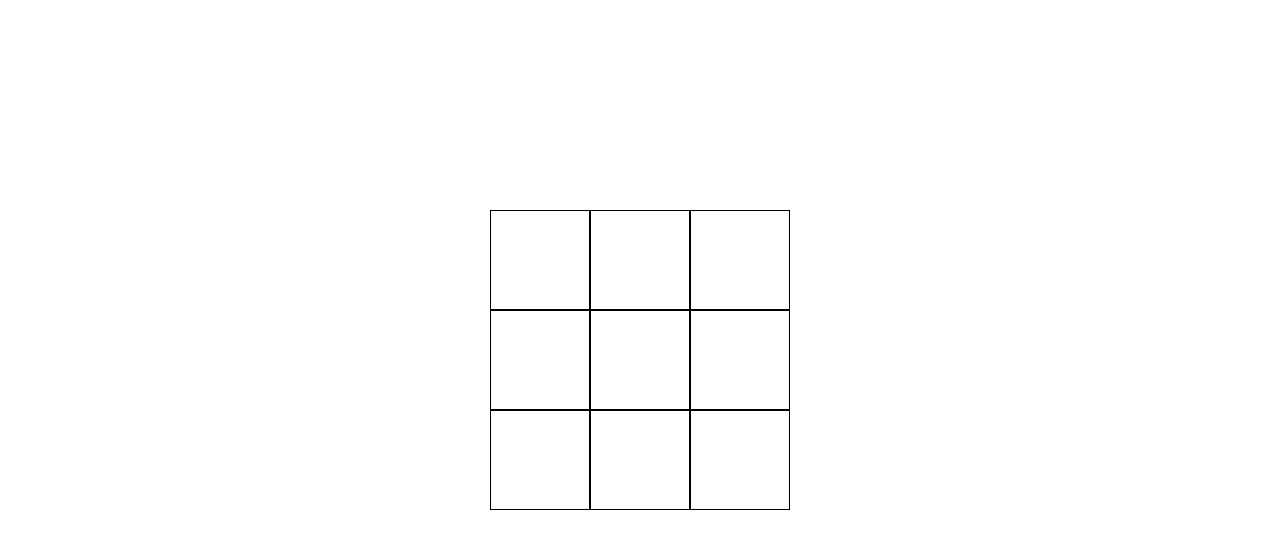
Repository: Dimitris2031/Tic-Tac-Toe
Page: main.html
These files come from the project's save history. The page is drawn as it stood at one moment and after the next save; the edit follows.
The browser window is 1280 px wide. The pictures show the whole page.

Above is the page before, as saved 2025-09-05 23:42:57.

### main.html
<!DOCTYPE html>
    <head>
        <title>Rock Paper Sciscor Project</title>
        <link rel="stylesheet" href="main.css">
    </head>
    <body>
        <main class="main">
            <div></div>
            <div></div>
            <div></div>
            <div></div>
            <div></div>
            <div></div>
            <div></div>
            <div></div>
            <div></div>
        </main>
        <script src="main.js"></script>
    </body>

</html>

### main.css
*{
    margin: 0;
    padding: 0;
    box-sizing: border-box;
}
body{
    display: flex;
    align-items: center;
    justify-content: center;
    min-height: 100vh;
}

main{
    display: grid;
    width: 300px;
    height: 300px;
    grid-template-columns: repeat(3,1fr);
    grid-template-rows: repeat(3,1fr);

}

div{
    border: 1px solid black;
    display: flex;
    align-items: center;
    justify-content: center;
}

### main.js

const Gameboard = (() => {
    const GameboardArray = new Array(9).fill(null);
    const winningConditions = [
        [0, 1, 2],
        [3, 4, 5],
        [6, 7, 8],

        [0, 3, 6],
        [1, 4, 7],
        [2, 5, 8],

        [0, 4, 8],
        [2, 4, 6]
    ];
    function updateBoard(index, marker){
        GameboardArray[index] = marker;
        document.getElementById(index).textContent = marker;
    }
    return {
        updateBoard,
        winningConditions,
        GameboardArray};
    })();


const GameReferee = (() => {
    let currIndex = 1;
    let player1 = playerFactory('player1','X',0);
    let player2 = playerFactory('player2','O',0);
    const players = [player1,player2];
    function checkPlayerTurn(){
        currIndex = 1 - currIndex;
        players[currIndex];
        return players[currIndex];
    }

    function checkWin(){
        for (let condition of Gameboard.winningConditions){
            const [a,b,c] = condition;
            if (Gameboard.GameboardArray[a] && Gameboard.GameboardArray[a] === Gameboard.GameboardArray[b] && Gameboard.GameboardArray[a] === Gameboard.GameboardArray[c]){
                if (Gameboard.GameboardArray[a] === 'X'){
                    alert(`${Gameboard.GameboardArray[a]} wins!`);
                    player1.score += 1;
                    return true;
                }else{
                    alert(`${Gameboard.GameboardArray[a]} wins!`);
                    player2.score += 1;
                    return true;
                }
            }
        }
    }
    function resetGame(){
        Gameboard.GameboardArray.fill(null);
        document.querySelectorAll('div').forEach((div) => {
            div.textContent = '';
        });
        currIndex = 1;
    }

    return {
        checkWin,
        checkPlayerTurn,
        resetGame
    };
})();

function playerFactory(name,marker,score){
    return{
        name: name,
        marker: marker,
        score: score

    }
}


document.querySelectorAll('div').forEach((div,i) => {
    div.id = i;
    div.addEventListener('click', async () => {
        if (Gameboard.GameboardArray[div.id] == null){
            Gameboard.updateBoard(div.id, GameReferee.checkPlayerTurn().marker);
            if (GameReferee.checkWin()){
                GameReferee.resetGame();
            }else if (!Gameboard.GameboardArray.includes(null)){
                alert("It's a tie!");
                GameReferee.resetGame();
            }
        }
    });
});

After the next save:
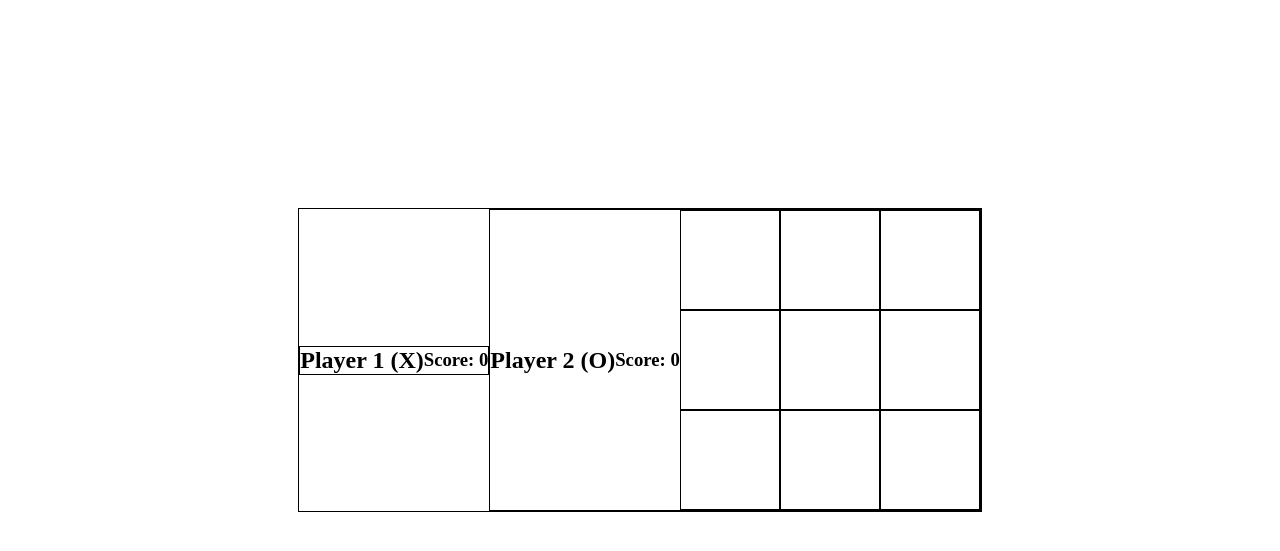
Saved 100 s later.
--- a/main.html
+++ b/main.html
@@ -4,6 +4,14 @@
         <link rel="stylesheet" href="main.css">
     </head>
     <body>
+        <div class="scoreboard">
+            <div class="player1">
+                <h2>Player 1 (X)</h2>
+                <h3 id="player1score">Score: 0</h3>
+            </div>
+            <div class="player2">
+                <h2>Player 2 (O)</h2>
+                <h3 id="player2score">Score: 0</h3>
         <main class="main">
             <div></div>
             <div></div>
